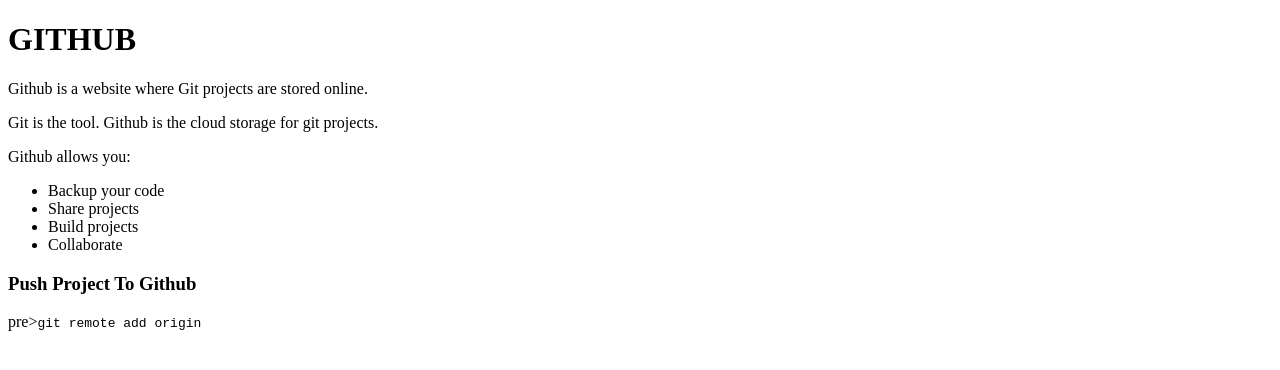
Repository: brownsonjoy1811/GitandGithub
Page: github.html
An editor plug-in stored every save of this project. The page is shown before and after a run of saves, followed by the edit.
The browser window is 1280 px wide. The pictures show the whole page.

Above is the page before, as saved 2026-06-16 16:27:02.

### github.html
<!DOCTYPE html>
<html lang="en">
<head>
    <meta charset="UTF-8">
    <meta name="viewport" content="width=device-width, initial-scale=1.0">
    <title>Document</title>
</head>
<body>
    <h1>GITHUB</h1>
    <p>Github is a website where Git projects are stored online.</p>

    <p>Git is the tool. Github is the cloud storage for git projects.</p>

    <p>Github allows you: </p>
    <ul>
        <li>Backup your code</li>
        <li>Share projects</li>
        <li>Build projects</li>
        <li>Collaborate</li>
    </ul>


    <h3>Push Project To Github</h3>
    pre><code>git remote add origin
</body>
</html>

After the next 8 saves:
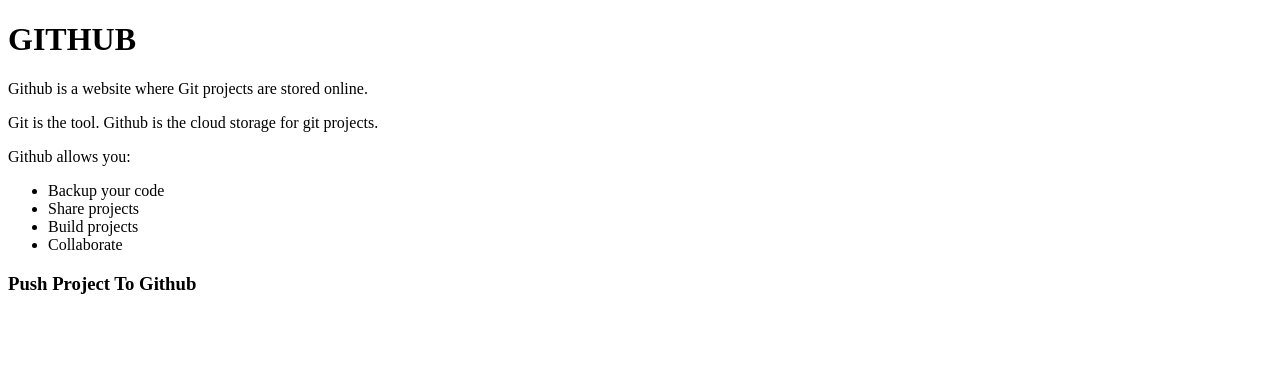
The 8 saves are shown as one change because they came seconds apart.
The last was saved 32 s later.
--- a/github.html
+++ b/github.html
@@ -21,6 +21,6 @@
 
 
     <h3>Push Project To Github</h3>
-    pre><code>git remote add origin
+    <pre></pre>
 </body>
 </html>
